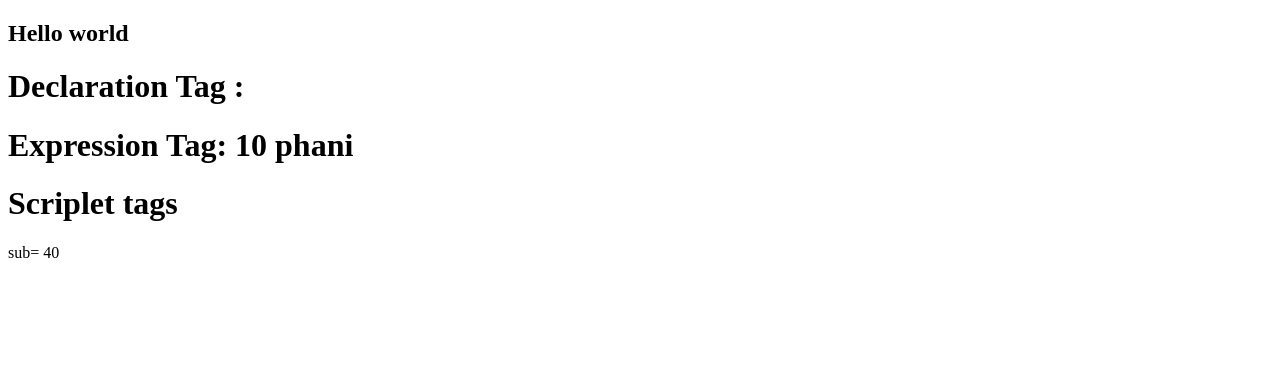
Repository: phanendralanki/AdvancedJavaCodes
Page: http://localhost/JSP_01/
An editor plug-in stored every save of this project. The page is shown before and after the next save, followed by the edit.
The browser window is 1280 px wide. The pictures show the whole page.
The page is served by Tomcat 10.

Above is the page before, as saved 2023-04-13 17:08:39.

### JSP_01/webapp/index.jsp
<%@ page language="java" contentType="text/html; charset=ISO-8859-1"
    pageEncoding="ISO-8859-1"%>
<!DOCTYPE html>
<html>
<head>
<meta charset="ISO-8859-1">
<title>Insert title here</title>
</head>
<body>
	<h2>Hello world</h2>

	<h1>Declaration Tag :</h1>
	<%! int a=10; String name="phani"; %>


	<h1>Expression Tag:	<%=a %> <%=name %> </h1>

	<h1>Scriplet tags</h1>
	<%
		int sum=20+30;
		//out.println(sum);

		int sub = sum-10;
		out.println("sub= "+sub);
	%>


</body>
</html>

After the next save:
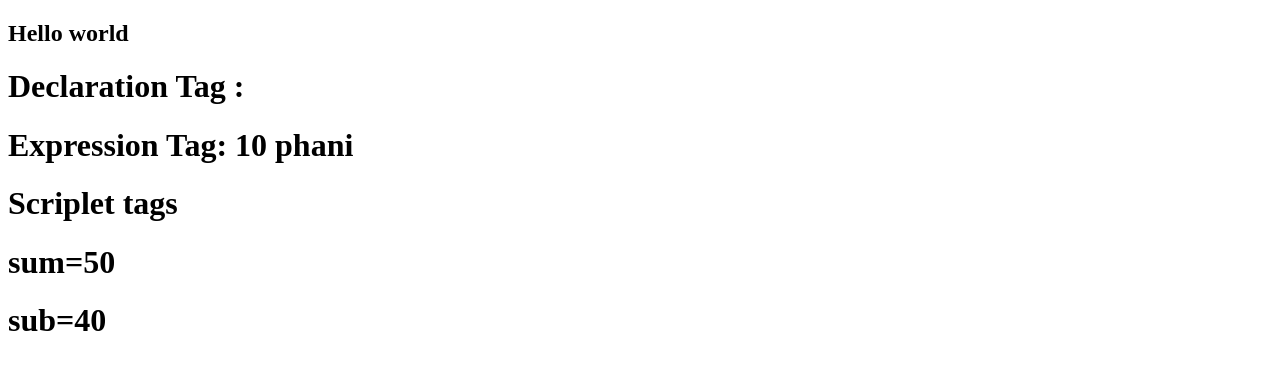
Saved 30 s later.
--- a/JSP_01/webapp/index.jsp
+++ b/JSP_01/webapp/index.jsp
@@ -21,9 +21,11 @@
 		//out.println(sum);
 
 		int sub = sum-10;
-		out.println("sub= "+sub);
+		//out.println("sub= "+sub);
 	%>
 
+	<h1>sum=<%=sum %></h1>
+	<h1>sub=<%=sub %></h1>
 
 </body>
 </html>
